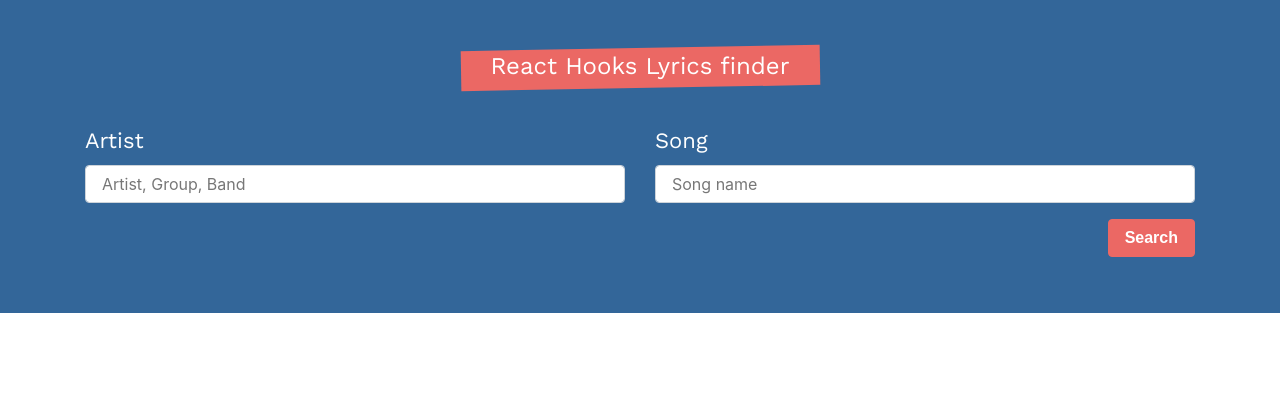
Repository: ppfeliuu/Lyrics-and-Band
Page: /
An editor plug-in stored every save of this project. The page is shown before and after the next save, followed by the edit.
The browser window is 1280 px wide. The pictures show the whole page.
The page's requests for data from a server got no answer. Some web fonts or font styles are not loaded; a fallback is used. The project was rebuilt for these pictures with package versions that can differ from the ones it lists, and the page was loaded fresh each time. No one was signed in, and anything a server would have sent is missing. Also part of the build but not shown: src/components/Cancion.js.

Above is the page before, as saved 2019-06-24 11:16:30.

After the next save:
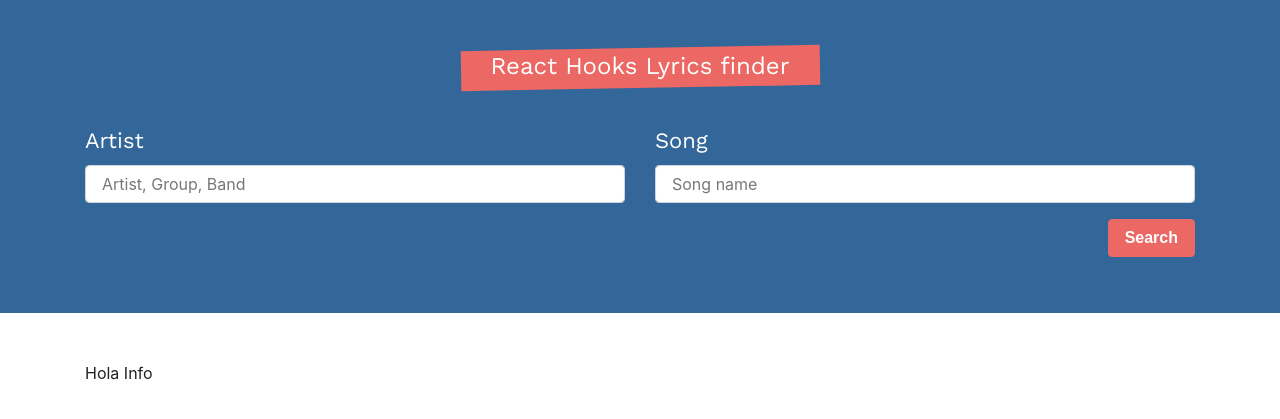
Saved 90 s later.
--- a/src/App.js
+++ b/src/App.js
@@ -56,7 +56,9 @@ function App() {
       <div className="container mt-5">
         <div className="row">
           <div className="col-md-6">
-
+              <Informacion
+                info={info}
+              />
           </div>
           <div className="col-md-6">
           <Cancion
